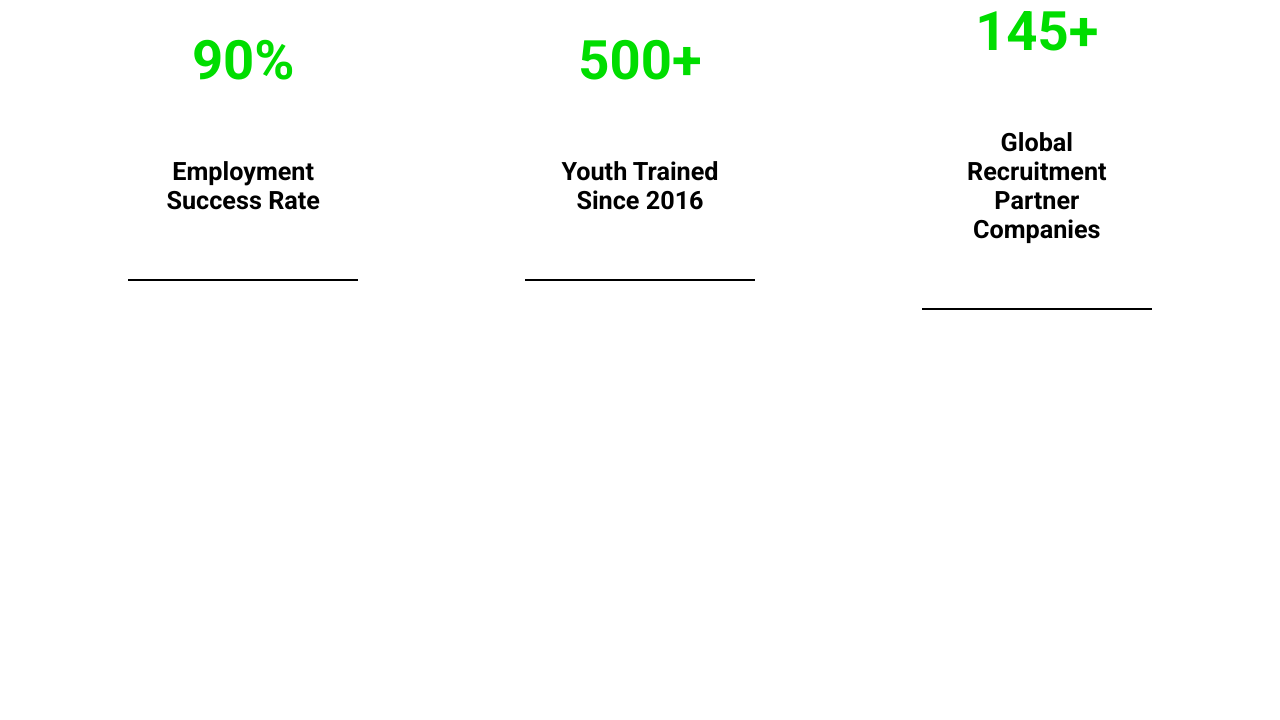
Repository: JeanPaulBassil/SE-Factory-Home-Page-Replica
Page: /
These files come from the project's save history. The page is drawn as it stood at one moment and after the next save; the edit follows.
The browser window is 1280 px wide. The pictures show the part of the page from y = 756 to 1476 px (the page is 1476 px tall).
The project was rebuilt for these pictures with package versions that can differ from the ones it lists, and the page was loaded fresh each time. Also part of the build but not shown: src/Components/Hero/Hero.css.

Above is the page before, as saved 2023-02-25 14:24:32.

### public/index.html
<!DOCTYPE html>
<html lang="en">
  <head>
    <meta charset="utf-8" />
    <link rel="icon" href="%PUBLIC_URL%/favicon.ico" />
    <meta name="viewport" content="width=device-width, initial-scale=1" />
    <meta name="theme-color" content="#000000" />
    <meta
      name="description"
      content="Web site created using create-react-app"
    />
    <link rel="preconnect" href="https://fonts.googleapis.com" />
    <link rel="preconnect" href="https://fonts.gstatic.com" crossorigin />
    <link
      href="https://fonts.googleapis.com/css2?family=Roboto:wght@400;500;700&display=swap"
      rel="stylesheet"
    />
    <link rel="apple-touch-icon" href="%PUBLIC_URL%/logo192.png" />
    <link rel="manifest" href="%PUBLIC_URL%/manifest.json" />
    <title>React App</title>
  </head>
  <body>
    <noscript>You need to enable JavaScript to run this app.</noscript>
    <div id="root"></div>
  </body>
</html>

### src/index.js
import './index.css'
import React from 'react';
import ReactDOM from 'react-dom/client';
import App from './App';

const root = ReactDOM.createRoot(document.getElementById('root'));
root.render(
  <App/>
);

### src/index.css
* {
    margin: 0;
    padding: 0;
    box-sizing: border-box;
}

body {
    color: white;
    font-family: 'Roboto', sans-serif;
}

### src/App.js
import Header from "./Components/Header/Header"
import Hero from "./Components/Hero/Hero"

export default function App(params) {
    return (
        <div className="app">
            <Header />
            <Hero />
        </div>
    )
};

### src/Components/Header/Header.js
import './Header.css';
import Navbar from '../Navbar/Navbar'
import HeaderContent from '../HeaderContent/HeaderContent'

export default function Header(params) {
    return (
        <header className="header">
            <Navbar />
            <HeaderContent/>
        </header>
    )
};

### src/Components/Hero/Hero.js
import Stats from "../Stats/Stats"
import './Hero.css'

export default function Hero(params) {
    return(
        <div className="hero">
            <Stats/>
        </div>
    )
};

### src/Components/Header/Header.css
.header {
    background-color: rgba(0, 0, 0, .5);
    background-image: url("https://images.squarespace-cdn.com/content/v1/5e4442200ffeee35974d1060/1586049970296-14DH7UEP2UWJREIELJ3K/IMG_9780.JPG?format=2500w");
    width: auto;
    height: 105vh;
    background-size: cover;
    background-blend-mode: multiply;
    background-repeat: no-repeat;
    background-position-y: -100px;
}

### src/Components/Navbar/Navbar.js
import './Navbar.css'
import Links from '../Links/Links'

export default function Navbar(params) {
    return (
        <div className="navbar">
            <img src="https://images.squarespace-cdn.com/content/v1/5e4442200ffeee35974d1060/f4e4a30d-4b0d-4e5f-a2e8-4e2da9234088/SE-Grey-Icon-RGB-01+copy.png?format=1500w" alt="SE Factory"/>
            <Links/>
        </div>
    )
};

### src/Components/HeaderContent/HeaderContent.js
import './HeaderContent.css'

export default function HeaderContent(params) {
    return (
        <div className="header-content">
            <h1>
            <strong>Empowering youth</strong>
            <br/>
            with tech jobs
            </h1>
            <p>SE Factory's top-ranked training programs graduate <br/>tech professionals working for companies all over<br/>the world.</p>
            <button>Learn More</button>
        </div>
    )
};

### src/Components/Stats/Stats.js
import Stat from '../stat/stat'
import './Stats.css'

export default function Stats(params) {
    const data = [{
        number: '90%',
        text: 'Employment Success Rate'
    },
    {
        number: '500+',
        text: 'Youth Trained Since 2016'
    },
    {
        number: '145+',
        text: 'Global Recruitment Partner Companies'
    }]
    const stats = data.map(part => {
        return (
            <Stat number={part.number} text={part.text}/>
        )
    })
    return(
        <div className="stats">
            <div className='stats-grid1'>
                {stats}
            </div>
            <div className='stats-grid2'>

            </div>
        </div>
    )
};

### src/Components/Navbar/Navbar.css
.navbar {
    margin: auto;
    height: 130px;
    width: 90%;
    padding: 10px;
    display: flex;
    justify-content: space-between;
    align-items: center;
}

.navbar > img {
    height: 80px;
    width: 80px;
}

### src/Components/Links/Links.js

import React from "react";
import './Links.css'

export default function Links({type}) {
  const mainNames = ["Home", "Get Trained", "Hire Talent", "FAQs", "Blog", "About Us", "Contact", "Apply Now"];
  const applyNames = ["Full Stack Web Development", "Foundations of Computer Science"];

  if (type === 'Apply') {
    const applyLinks = applyNames.map(name => {
        return(
                <a href="./">{name}</a>
        )
    })
    return (
        <ul className="dropdown-content">
          {applyLinks}
        </ul>
    )
  } else {
    const mainLinks = mainNames.map(name => {
      if (name === 'Apply Now'){
        return(
          <li key={name} className="dropdown">
              <button class="dropbtn">Apply Now</button>
              <Links type="Apply"/>

          </li>
        )
      } else {
        return (
          <li key={name}>
            <a href={`#${name}`}>
              {name}
            </a>
          </li>
        )
      }
    });

    return (
      <nav >
        <ul className="nav">
          {mainLinks}
        </ul>
      </nav>
    )
  }
};

### src/Components/HeaderContent/HeaderContent.css
.header-content > h1 {
    font-size: calc(3.5 * 1rem);
    line-height: calc(1.3 * (1 + (1 - 3.5)/25))
}

.header-content{
    position: absolute;
    bottom: 0;
    display: flex;
    flex-direction: column;
    justify-content: space-between;
    margin-left: 70px;
    height: 50vh;
}

.header-content > p{
    margin: 1rem 0;
    font-size: calc((1.6 - 1) * 1.2vw + 1rem)
}

.header-content > button {
    width: 133px;
    height: 50px;
    background-color: #0d0;
    color: white;
    border: none;
    border-radius: 10px;
    font-weight: 800;
    font-size: 16px;
}

### src/Components/stat/stat.js
import "./stat.css"

export default function stat({number, text}) {
    return(
        <div className="stat">
            <h1>{number}</h1>
            <p><strong>{text}</strong></p>
        </div>
    )
};

### src/Components/Stats/Stats.css
.stats {
    background-color: white;
    height: 100vh;
    display: grid;
    grid-template-rows: 1fr 2fr;
    color: black;
    width: 80vw;
    margin: auto;
}

.stats-grid1 {
    display: flex;
    justify-content: space-between;
    align-items: center;
}

### src/Components/Links/Links.css
.nav{
    display: flex;
    flex-direction: row;
    list-style-type: none;
    align-items: center;
    justify-content: center;
    font-weight: 600;
}
.nav > li:nth-of-type(1){
    border-bottom: 1px solid white;
    padding-bottom: 10px;
    align-self: flex-end;
}

li {
    margin-right: 30px;
}

a {
    text-decoration: none;
    color: white;
}


.dropdown {
    position: relative;
    display: inline-block;
  }

.dropbtn {
background-color: #0d0;
padding: 10px;
font-size: 16px;
border: none;
cursor: pointer;
color: white;
border-radius: 5px
}

.dropdown-content {
display: none;
position: absolute;
z-index: 1;
background-color: #fff;
min-width: 160px;
width: 300px;
box-shadow: 0px 8px 16px 0px rgba(0,0,0,0.2);
left: auto;
right: 0;
}

.dropdown-content a {
color: #333;
padding: 12px 16px;
text-decoration: none;
display: block;
}


.dropdown-content a:hover {
background-color: #f1f1f1;
}

.dropdown:hover > .dropdown-content {
display: block;
}

.dropbtn:focus {
outline: none;
}

### src/Components/stat/stat.css
.stat{
    display: flex;
    flex-direction: column;
    align-items: center;
    justify-content: space-between;
    width: 18vw;
    text-align: center;
    border-bottom: 2px solid black;
}

.stat > h1 {
    color: #0d0;
    font-size: calc((3.5 - 1) * 1.2vw + 1rem);
    line-height: calc(1.3 * (1 + (1 - 3.5)/25));
}

.stat > p {
    color: black;
    margin: 4rem  1rem;
    font-size: calc((1.6 - 1) * 1.2vw + 1rem);
}

Loaded but not shown: src/Components/Hero/Hero.css (no copy from this time; the picture is the same without it)

After the next save:
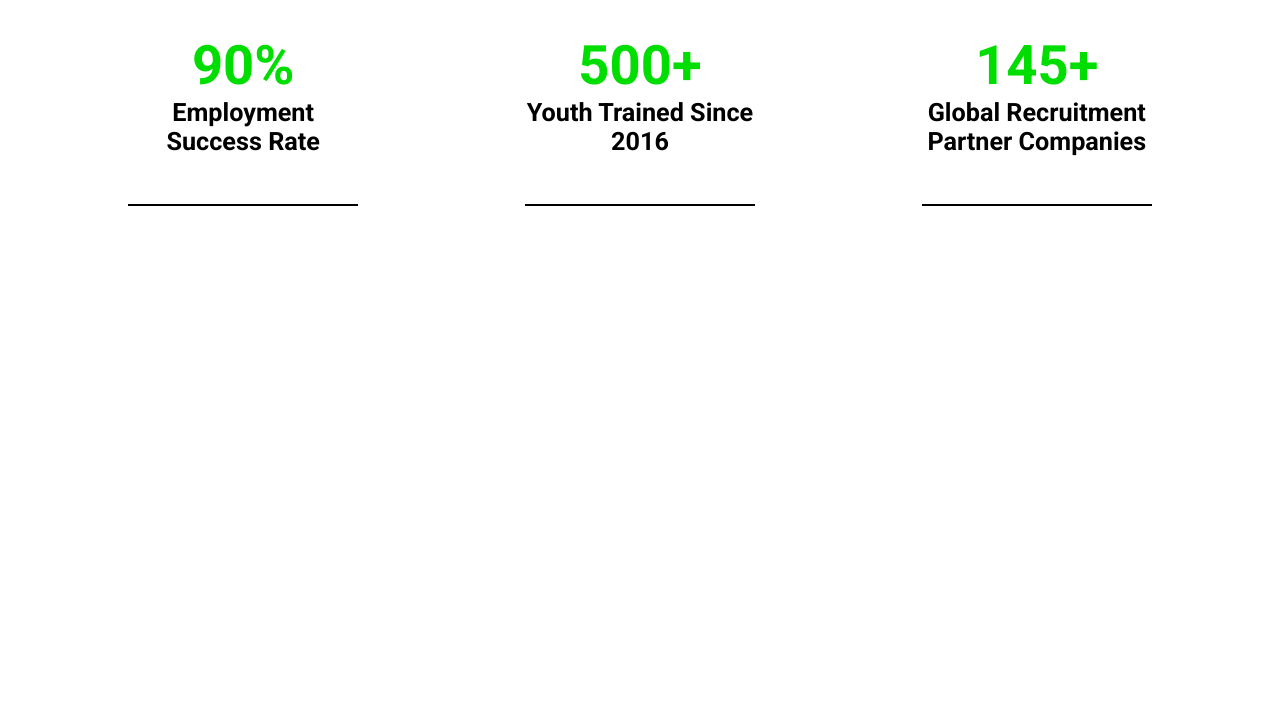
Saved 7 s later.
--- a/src/Components/stat/stat.css
+++ b/src/Components/stat/stat.css
@@ -16,6 +16,7 @@
 
 .stat > p {
     color: black;
-    margin: 4rem  1rem;
+    /* margin: 1rem; */
+    margin-bottom: 3rem;
     font-size: calc((1.6 - 1) * 1.2vw + 1rem);
 }
